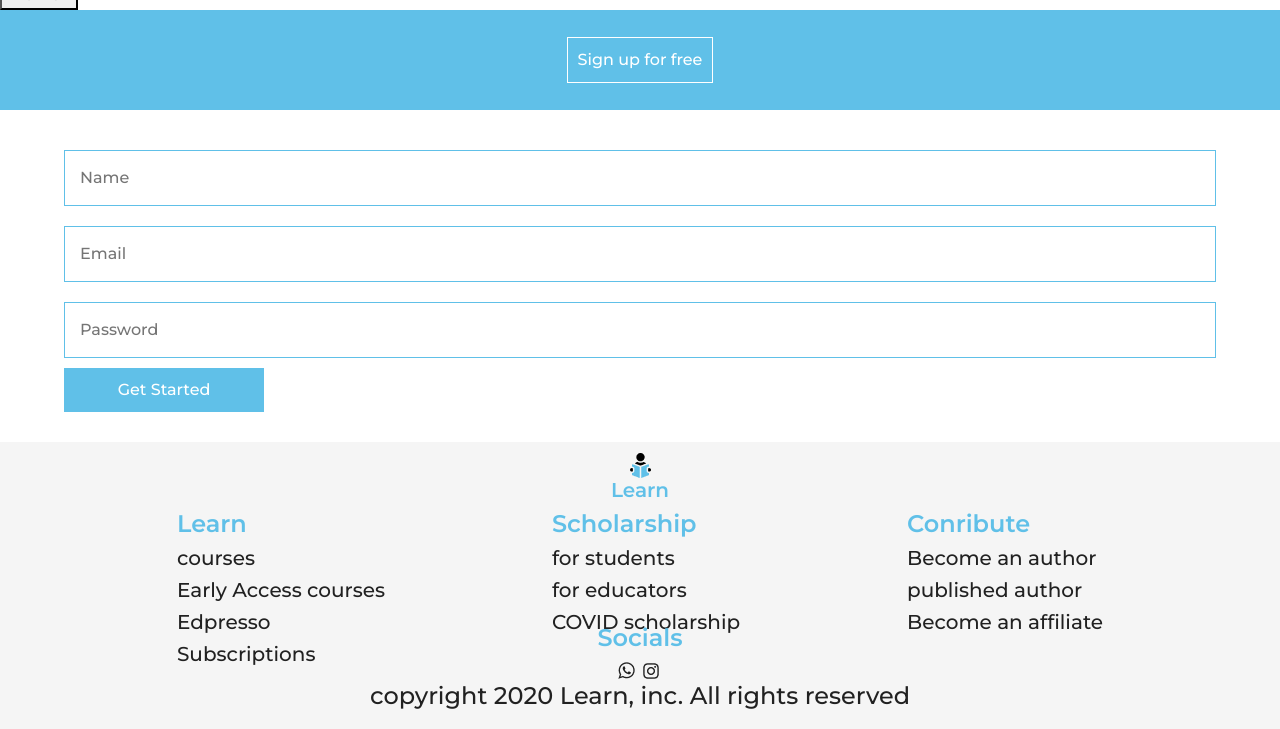
Repository: TiaraOluwanimi/team5
Page: tutor.html
These files come from the project's save history. The page is drawn as it stood at one moment and after a run of saves; the edit follows.
The browser window is 1280 px wide. The pictures show the part of the page from y = 2365 to 3094 px (the page is 3094 px tall).
A picture or video elsewhere on the page could not be fetched, so the positions and the page height are approximate. Some web libraries are served in a nearby version.

Above is the page before, as saved 2020-08-08 11:41:48.

### tutor.html
<!DOCTYPE html>
<html lang="en">
  <head>
    <meta charset="UTF-8" />
    <meta name="viewport" content="width=device-width, initial-scale=1.0" />
    <title>Online Tutoring</title>
    <!-- Custom Css -->
    <link rel="stylesheet" href="./assets/css/header-footer.css" />
    <link rel="stylesheet" href="./assets/css/tutor.css" />
    <link rel="stylesheet" href="./assets/css/testimonial.css" />
    <!-- Favicon -->
    <link rel="shortcut icon" href="" type="image/x-icon" />
    <!---------------------- CDNs----------------- -->
    <!-- Bootstrap CSS CDN -->
    <link
      rel="stylesheet"
      href="https://maxcdn.bootstrapcdn.com/bootstrap/4.0.0/css/bootstrap.min.css"
      integrity="sha384-Gn5384xqQ1aoWXA+058RXPxPg6fy4IWvTNh0E263XmFcJlSAwiGgFAW/dAiS6JXm"
      crossorigin="anonymous"
    />
    <!-- fontawesome CDN -->
    <!-- Google Font -->
    <link href="https://fonts.googleapis.com/css2?family=Montserrat:wght@500;600&display=swap" rel="stylesheet">
    <!-- Font Awesome -->
    <script src="https://kit.fontawesome.com/0f19ba4771.js" crossorigin="anonymous"></script>

</head>

<body>
    <!-- Welcome to this online tutoring website. 😊 -->
    <!--  Header  -->
    <nav class="nav1">
      <a href="#"><img src="./assets/img/logo.png" alt="" /></a>
      <div class="nav1div1">
        <img
          class="searchicon"
          onclick="displaySearchBar()"
          src="./assets/img/search.png"
          alt=""
        />
        <button class="nav1butt1">Log in</button>
        <button class="nav1butt2">Join for free</button>
      </div>
      <div class="nav1div2 display">
        <input
          class="searchbar"
          type="text"
          placeholder="Enter Text here"
          name=""
          id=""
        />
      </div>
    </nav>

    <!-- Landing Page -->
    <div class="div1">
        <img class="div1img1" src="./assets/img/hero-img.png" alt="">
        <div class="div1div1">
            <i class="fas fa-play-circle fa-2x div1img2"></i>
            &nbsp;&nbsp;&nbsp;
            <h3 class="div1hh1">TAKE A TOUR</h3>
        </div>
    </div>

    <div class="div2">
        <h1 class="div2hh1">
            LEARN ALL YOU WANT, AT YOUR OWN
            <span class="div2hh2">PACE.</span>
        </h1>
        <h4 class="div2hh3">
            Lorem ipsum dolor sit amet, consectetur
            adipiscing elit, sed do eiusmod tempor
            incididunt ut labore et dolore magna
            aliqua. Ut enim ad minim veniam, quis
            nostrud exercitation ullamco laboris nisi
            ut aliquip ex ea commodo consequat.
        </h4>
        <div class="div2div1">
            <button class="div2butt1">Get Started</button>
        </div>
    </div>
    <!-- join us section -->
    <section id="join-us" class="py-5" style="position: relative;">
        <div style="position: absolute; right: 0px; top:-10px;">
          <img src="./assets/img/Ellipse 13.png" alt="" class="img-fluid" />
        </div>
        <div class="container">
          <div class="row">
            <div class="col-12 mx-auto text-center">
              <h4 class="mx-auto sec-head">
                <span><strong>Join Us</strong></span>
              </h4>
              <p>
                Join us for free classes taught by experts. And explore hundreds
                of free online classes.
              </p>
            </div>
            <div class="row py-3">
                <div class="col-md-4 text-center my-3">
                  <div class="box-shadow py-3">
                    <img
                      src="./assets/img/course.png"
                      alt=""
                      class="join-img img-fluid rounded-circle w-50"
                    />
                    <h4 class="my-5"><strong>Choose a Course</strong></h4>
                  </div>
                </div>
                <div class="col-md-4 text-center my-3">
                  <div class="box-shadow py-3">
                    <img
                      src="./assets/img/skillset.png"
                      alt=""
                      class="join-img img-fluid rounded-circle w-50"
                    />
                    <h4 class="my-5"><strong>Grow your skillset</strong></h4>
                  </div>
                </div>
                <div class="col-md-4 text-center my-3">
                  <div class="box-shadow py-3">
                    <img
                      src="./assets/img/mentorship.png"
                      alt=""
                      class="join-img img-fluid rounded-circle w-50"
                    />
                    <h4 class="my-5"><strong>Meet a mentor</strong></h4>
                  </div>
                </div>
                <button
                  class="btn btn-lg btn-outline-primary py-3 px-5 rounded-0 mx-auto"
                >
                  View All
                </button>
              </div>
            </div>
          </section>

    <!-- service section -->
    <section id="services" class="py-5" style="position: relative;">
      <div style="position: absolute; left: 0px; top: -30px;">
        <img src="./assets/img/Ellipse 10.png" alt="" />
      </div>
      <div
        style="position: absolute; right: 0px; top: 30%; transform: scale(-1);"
      >
        <img src="./assets/img/Ellipse 10.png" alt="" />
      </div>
      <div class="container">
        <div class="row">
          <div class="col-12 mx-auto text-center">
            <h4 class="mx-auto sec-head">
              <span><strong>Services</strong></span>
            </h4>
            <p>
              Helping over 5,000 students reach their ultimate goals with our
              special packages.
            </p>
          </div>
        </div>
        <div class="row p-3">
          <div class="col-md-4 text-center py-3">
            <h4><strong>Get help, FAST</strong></h4>
            <img
              src="./assets/img/hourglass 1.png"
              alt=""
              class="img-fluid w-25 my-3"
            />
            <p class="my-3" style="font-size: 14px;">
              Lorem ipsum dolor sit amet, consectetur adipiscing elit, sed do
              eiusmod tempor incididunt ut labore et dolore magna aliqua. Ut
              enim ad minim veniam, quis nostrud exercitation ullamco laboris
              nisi ut aliquip ex ea commodo consequat. um.
            </p>
            <h6 class="border py-3 px-1 mx-3 border-primary">
              Learn More <i></i>
            </h6>
          </div>
          <div class="col-md-4 text-center py-3">
            <h4><strong>Personalised tutoring</strong></h4>
            <img
              src="./assets/img/teacher 1.png"
              alt=""
              class="img-fluid w-25 my-3"
            />
            <p class="my-3" style="font-size: 14px;">
              Lorem ipsum dolor sit amet, consectetur adipiscing elit, sed do
              eiusmod tempor incididunt ut labore et dolore magna aliqua. Ut
              enim ad minim veniam, quis nostrud exercitation ullamco laboris
              nisi ut aliquip ex ea commodo consequat. um.
            </p>
            <h6 class="border py-3 px-1 mx-3 border-primary">
              Learn More <i></i>
            </h6>
          </div>
          <div class="col-md-4 text-center py-3">
            <h4><strong>80+ Courses</strong></h4>
            <img
              src="./assets/img/test 1.png"
              alt=""
              class="img-fluid w-25 my-3"
            />
            <p class="my-3" style="font-size: 14px;">
              Lorem ipsum dolor sit amet, consectetur adipiscing elit, sed do
              eiusmod tempor incididunt ut labore et dolore magna aliqua. Ut
              enim ad minim veniam, quis nostrud exercitation ullamco laboris
              nisi ut aliquip ex ea commodo consequat. um.
            </p>
            <h6 class="border py-3 px-1 mx-3 mx-lg-1 border-primary">
              Learn More <i></i>
            </h6>
          </div>
        </div>
      </div>
    </section>
    <!-- Testimonial section -->
    <section>
      <div>
        <div class="testimonial-heading">
          <div>
            <hr>
            <span>Testimonials</span>
            <hr>
          </div>
          <p>what our awesome client are saying</p>
        </div>
        <div  id="testimonial-details">
          <div class="testimonial-card col-3">
            <img src="./assets/img/Ellipse 7.png" alt="">
            <div class="testimonial-statement">
              <p>Lorem ipsum dolor sit amet, consectetur adipiscing elit, sed do odo consequat. um.</p>
            </div>
            <p>-Rafiu</p>
          </div>
          <div class="testimonial-card col-3">
            <img src="./assets/img/Ellipse 7.png" alt="">
            <div class="testimonial-statement">
              <p>Lorem ipsum dolor sit amet, consectetur adipiscing elit, sed do odo consequat. um.</p>
            </div>
            <p>-Rafiu</p>
          </div>
          <div class="testimonial-card col-3">
            <img src="./assets/img/Ellipse 7.png" alt="">
            <div class="testimonial-statement">
              <p>Lorem ipsum dolor sit amet, consectetur adipiscing elit, sed do odo consequat. um.</p>
            </div>
            <p>-Rafiu</p>
          </div>

        </div>
          <button>View all</button>
        <div id="sign-button">

          <button>Sign up for free</button>
        </div>
        <div class="testimonial-container">
          <form >
            <input type="text" placeholder="Name">
            <input type="email" placeholder="Email">
            <input type="password" placeholder="Password">
            <button>Get Started</button>
          </form>
        </div>
      </div>
    </section>
    <!--  Footer  -->
    <footer class="footer1">
      <div class="footer1div1">
        <img class="footer1img1" src="./assets/img/logo.png" alt="" />
        <h5 class="footer1hh1">Learn</h5>
      </div>

      <div class="footer1div2">
        <div class="footer1div3">
          <h4 class="footer1hh2">Learn</h4>
          <a href="" class="footer1link1"
            ><h5 class="footer1hh3">courses</h5></a
          >
          <a href="" class="footer1link1"
            ><h5 class="footer1hh3">Early Access courses</h5></a
          >
          <a href="" class="footer1link1"
            ><h5 class="footer1hh3">Edpresso</h5></a
          >
          <a href="" class="footer1link1"
            ><h5 class="footer1hh3">Subscriptions</h5></a
          >
        </div>
        <div class="footer1div4">
          <h4 class="footer1hh2">Scholarship</h4>
          <a href="" class="footer1link1"
            ><h5 class="footer1hh3">for students</h5></a
          >
          <a href="" class="footer1link1"
            ><h5 class="footer1hh3">for educators</h5></a
          >
          <a href="" class="footer1link1"
            ><h5 class="footer1hh3">COVID scholarship</h5></a
          >
        </div>
        <div class="footer1div5">
          <h4 class="footer1hh2">Conribute</h4>
          <a href="" class="footer1link1"
            ><h5 class="footer1hh3">Become an author</h5></a
          >
          <a href="" class="footer1link1"
            ><h5 class="footer1hh3">published author</h5></a
          >
          <a href="" class="footer1link1"
            ><h5 class="footer1hh3">Become an affiliate</h5></a
          >
        </div>
      </div>

      <div class="footer1div6">
        <h4 class="footer1hh2 redd">Socials</h4>
        <a href="#"><img src="./assets/img/whatsapp.png" alt="" /></a>
        <a href="#"><img src="./assets/img/instagram.png" alt="" /></a>
      </div>

      <h4 class="footer1hh4">
        copyright 2020 Learn, inc. All rights reserved
      </h4>
    </footer>

    <!---------------------- CDNs----------------- -->
    <!-- jQuery CDN -->
    <script
      src="https://code.jquery.com/jquery-3.2.1.slim.min.js"
      integrity="sha384-KJ3o2DKtIkvYIK3UENzmM7KCkRr/rE9/Qpg6aAZGJwFDMVNA/GpGFF93hXpG5KkN"
      crossorigin="anonymous"
    ></script>
    <!-- ajax CDN -->
    <script
      src="https://cdnjs.cloudflare.com/ajax/libs/popper.js/1.12.9/umd/popper.min.js"
      integrity="sha384-ApNbgh9B+Y1QKtv3Rn7W3mgPxhU9K/ScQsAP7hUibX39j7fakFPskvXusvfa0b4Q"
      crossorigin="anonymous"
    ></script>
    <!-- BootstrapJS CDN -->
    <script
      src="https://maxcdn.bootstrapcdn.com/bootstrap/4.0.0/js/bootstrap.min.js"
      integrity="sha384-JZR6Spejh4U02d8jOt6vLEHfe/JQGiRRSQQxSfFWpi1MquVdAyjUar5+76PVCmYl"
      crossorigin="anonymous"
    ></script>
    <!-- Custom Javascript Links -->
    <script src="./assets/js/tutor.js"></script>
  </body>
</html>

### assets/css/header-footer.css

/*  Header Navbar */
body{
  margin: 0;
}
.nav1{
   margin: 10px;
}
.nav1div1{
    display: inline;
    float: right;
}
.nav1butt1{
    color: #212121;
    border-color: #212121;
    border-width: 1px;
    background-color: #FFFFFF;
    padding: 7px 7px;
    font-family: 'Montserrat', sans-serif;
    font-weight: 500;
    outline: none;
    margin-left: 35px;
}
.nav1butt2{
    color: #FFFFFF;
    border-color: #60C0E8;
    border: none;
    background-color: #60C0E8;
    padding: 8px 7px;
    font-family: 'Montserrat', sans-serif;
    font-weight: 500;
    outline: none;
    margin-left: 8px;
}
.nav1butt1:hover{
    background-color: #f0f0f0;
      cursor: pointer;
}
.nav1butt2:hover{
    background-color: #60adce;
    cursor: pointer;
}
.searchicon:hover{
    cursor: pointer;
}
.nav1div2{
    text-align: center;
    width: 100%;
    margin-top: 10px;
}
.searchbar{
    width: 60%;
    font-family: 'Montserrat', sans-serif;
    outline: none;
    border-radius: 10px;
    padding: 10px;
    border-width: 1px;
}
.footer1link1{
    text-decoration: none;
}
.display{
    display: none;
}



/*  Footer  */
.footer1{
    padding: 10px;
    background-color: #F5F5F5;
}
.footer1div1{
    text-align: center;
}
.footer1hh1{
    margin-top: 0px;
    font-family: 'Montserrat', sans-serif;
    color: #60C0E8;
    font-weight: 600;
}
.footer1div2{
    display: flex;
    flex-direction:row;
    justify-content: space-evenly;
}
.footer1hh2{
    font-family: 'Montserrat', sans-serif;
    color: #60C0E8;
    font-weight: 600;
}
.footer1hh3{
    font-family: 'Montserrat', sans-serif;
    color: #212121;
    font-weight: normal;
}
.footer1div6{
    text-align: center;
    margin-top: -50px;
}
.redd{
    margin-bottom: 5px;
}
.footer1hh4{
    text-align: center;
    font-family: 'Montserrat', sans-serif;
    color: #212121;
    font-style: normal;
    font-weight: 500;
}

/* Footer Media Queries */
@media only screen and (max-width: 399px) {
    .footer1div2{
        flex-direction: column;
        align-items: center;
    }
    .footer1div6{
        text-align: center;
        margin-top: -10px;
    }
}

### assets/css/tutor.css
* {
  font-family: "Montserrat", sans-serif;
}
.div1 {
  margin: 10px;
  text-align: center;
}
.div1div1 {
  width: 100%;
  display: flex;
  justify-content: center;
  background-color: #60c0e8;
  margin-top: -5px;
}
.div1img1 {
  width: 100%;
  height: 350px;
}
.div1img2 {
  padding-top: 15px;
  color: #ffffff;
}
.div1div1:hover {
  background-color: #60adce;
  cursor: pointer;
}
.div1hh1 {
  font-family: "Montserrat", sans-serif;
  font-weight: 600;
  color: #ffffff;
}

.div2 {
  margin: 10px;
}
.div2hh1 {
  font-family: "Montserrat", sans-serif;
  text-align: center;
  color: #3a3a3a;
  font-weight: bold;
}
.div2hh2 {
  color: #60c0e8;
}
.div2hh3 {
  font-family: "Montserrat", sans-serif;
  text-align: center;
  color: #000000;
  font-weight: 500;
}
.div2div1 {
  text-align: center;
}
.div2butt1 {
  background-color: #60c0e8;
  font-weight: 500;
  color: #ffffff;
  border: none;
  outline: none;
  padding: 15px 30px;
  font-size: large;
}
.div2butt1:hover {
  background-color: #60adce;
  cursor: pointer;
}

/* this handles the line in each section heading  */
.sec-head {
  width: 30%;
  text-align: center;
  border-bottom: 2px solid #000;
  line-height: 0.1em;
  margin: 10px 0 20px;
}
.sec-head span {
  background: #fff;
  padding: 0 10px;
}
/* join us images border */
.join-img {
  border: 5px solid #60c0e8 !important;
}
/* box shadow */
.box-shadow {
  box-shadow: 0px 5px 30px 0.5px #e6e6e6;
}
.box-shadow:hover {
  box-shadow: 0px 5px 30px 5px #c7c7c7;
}

@media screen and (max-width: 320px) {
  .sec-head {
    width: 70%;
  }
}

### assets/css/testimonial.css
.testimonial-heading{
    text-align:center;
    margin-bottom: 50px;;
}
.testimonial-card{
    text-align: center;
    width:500px;
    padding:15px;
    position: relative;
    background-color: #60C0E8;
    margin: 50px 20px 25px;


}
.testimonial-card img{
    margin-top:-60px;

    width:120px;
    border: 8px solid white;
    border-radius: 100%;

}
.testimonial-statement{
    color:#fff;
    margin:10px 0;
}
#testimonial-details{
    display:flex;
    justify-content: space-around;
    flex-wrap:nowrap;
    overflow-x: scroll;
}
.testimonial-container{
    width:90%;
    margin:0 auto;
    overflow: hidden;
}

#sign-button{
    background: #60C0E8;
    width:100%;
    height:100px;
    display: flex;
    align-items: center;
    justify-content: center;
}
#sign-button button{
    background:#60C0E8;
    color:#fff;
    padding:10px;
    border:1px solid #fff;
}
#sign-button button{
    background:#;
    color:#fff;60C0E8
  ;
}
form{
    box-sizing: border-box;
    margin:30px 0;
}
form input{
    width:100%;
    margin:10px 0;
    padding:15px;
    border: 1px solid #60C0E8;
    box-sizing: border-box;
}

form button{
    width:200px;
    margin: 0 auto;
    background: #60C0E8;
    color:#fff;
    padding:10px;
    border:none;
}

### assets/js/tutor.js

function displaySearchBar(){
    document.querySelector(".nav1div2").classList.toggle("display");
}

After the next 4 saves:
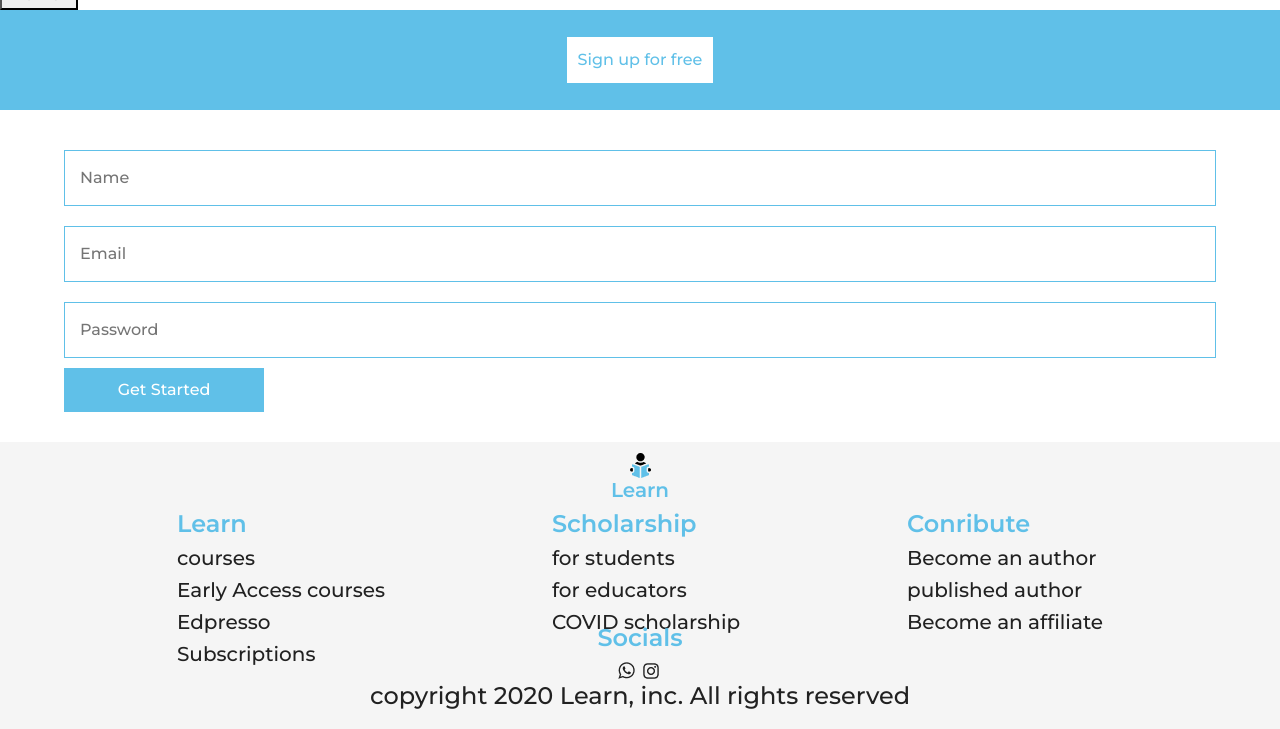
The 4 saves are shown as one change because they came seconds apart.
The last was saved 14 s later.
--- a/assets/css/testimonial.css
+++ b/assets/css/testimonial.css
@@ -51,8 +51,8 @@
     border:1px solid #fff;
 }
 #sign-button button{
-    background:#;
-    color:#fff;60C0E8
+    background:#fff;
+    color:#60C0E8;
   ;
 }
 form{

After the save that followed:
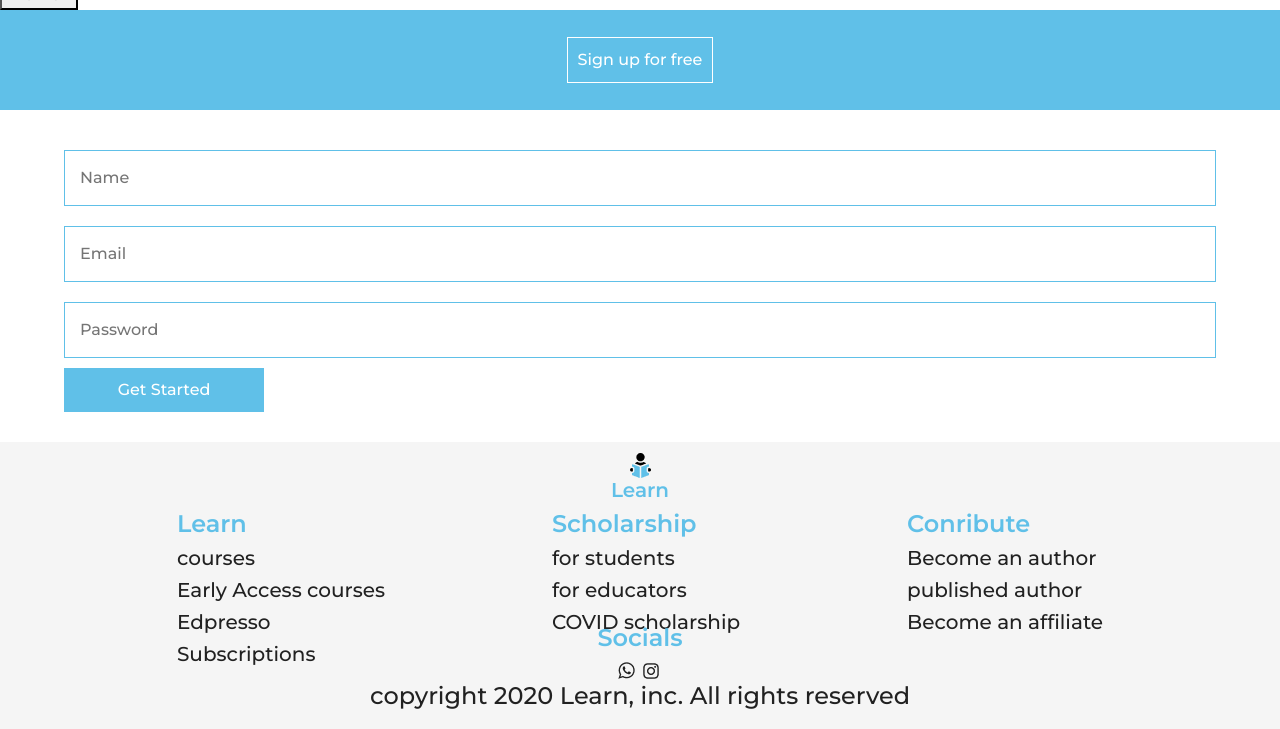
Saved 13 s later.
--- a/assets/css/testimonial.css
+++ b/assets/css/testimonial.css
@@ -50,7 +50,7 @@
     padding:10px;
     border:1px solid #fff;
 }
-#sign-button button{
+#sign-button button:hover{
     background:#fff;
     color:#60C0E8;
   ;
